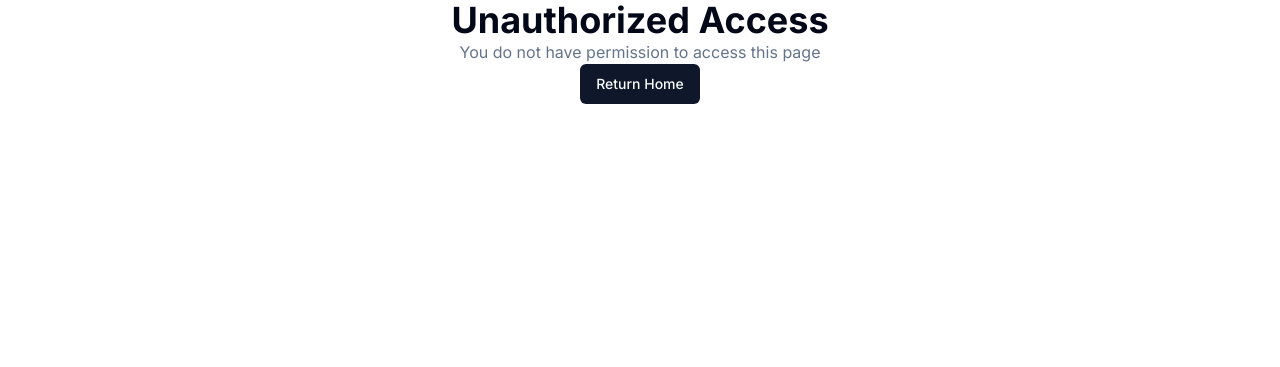
Repository: Steven4cai/Adwork
Page: /unauthorized
An editor plug-in stored every save of this project. The page is shown before and after the next save, followed by the edit.
The browser window is 1280 px wide. The pictures show the whole page.
The page's requests for data from a server got no answer. The project was rebuilt for these pictures with package versions that can differ from the ones it lists, and the page was loaded fresh each time. The framework's server and built-in components were replaced by stand-ins that run in the browser. No one was signed in, and anything a server would have sent is missing. Also part of the build but not shown: next.config.ts.

Above is the page before, as saved 2025-02-22 16:05:39.

After the next save:
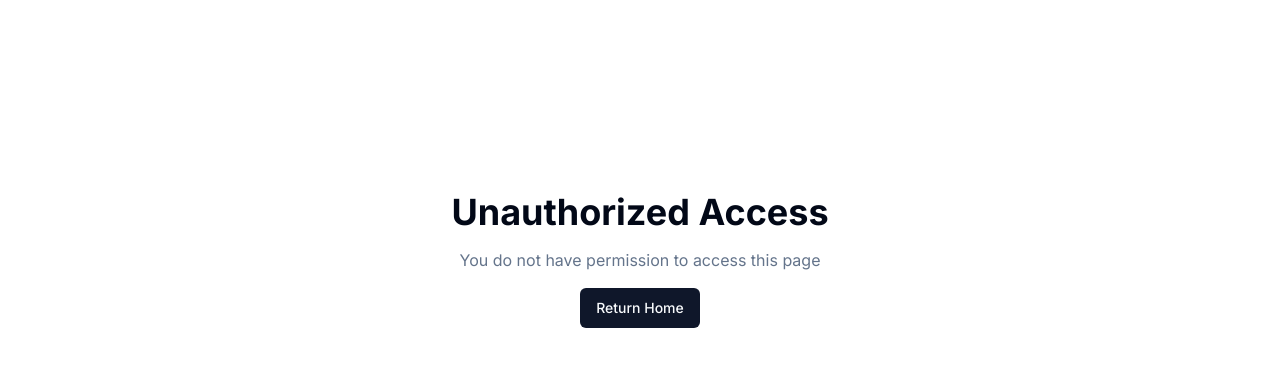
Saved 35 s later.
--- a/app/unauthorized/page.tsx
+++ b/app/unauthorized/page.tsx
@@ -8,7 +8,7 @@ export const metadata: Metadata = {
 
 const Unauthorized = () =>{
     return (
-        <div className="container mx-auto flex flex-col items-center justify-centerspace-y-4
+        <div className="container mx-auto flex flex-col items-center justify-center space-y-4
         h-[calc(100vh-200px)]">
             <h1 className="h1-bold text-4xl">Unauthorized Access</h1>
             <p className="text-muted-foreground">
